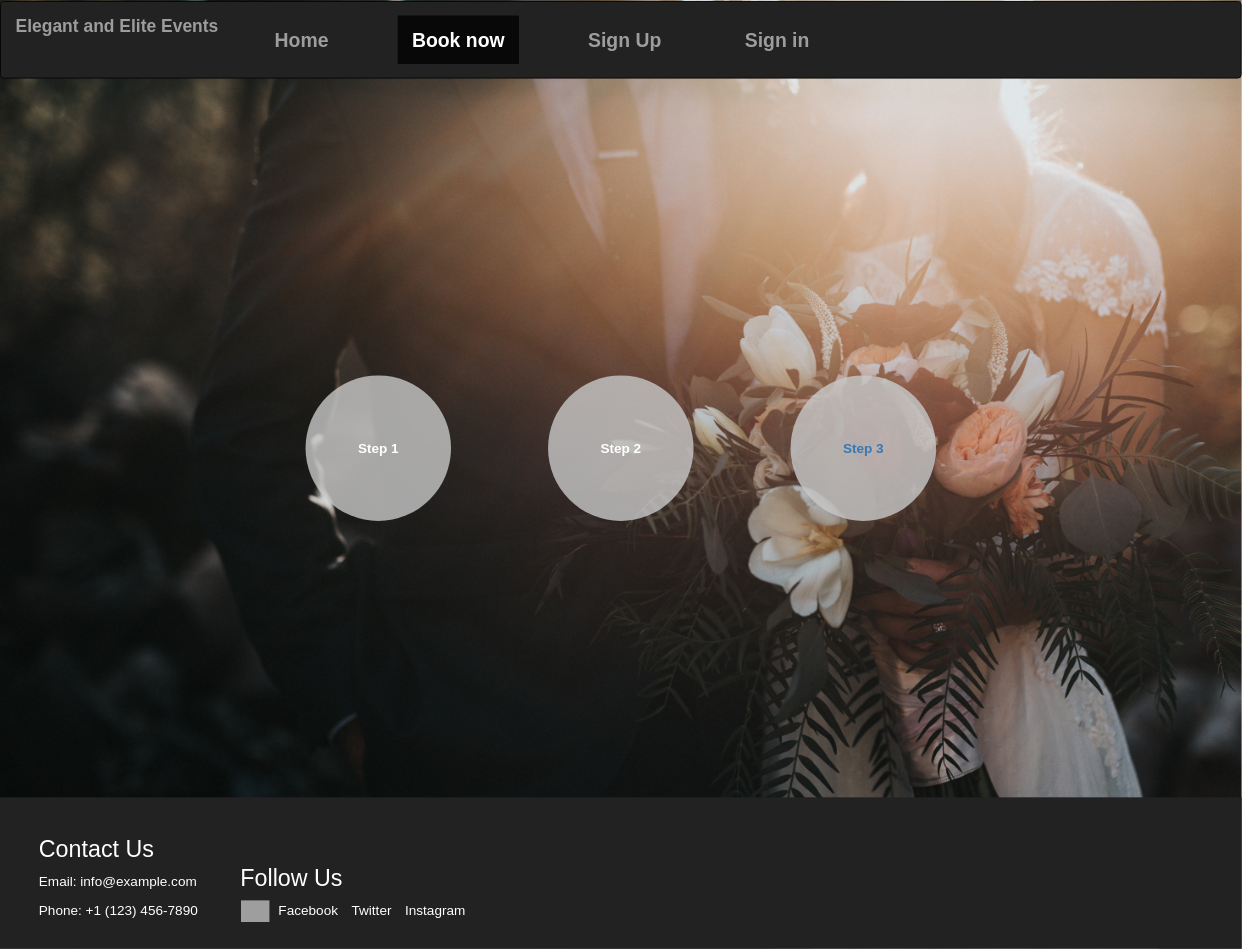
Repository: it22272690/Event-Planning-System
Page: http://localhost/PaymentDemo/Navigate.jsp
These files come from the project's save history. The page is drawn as it stood at one moment and after the next save; the edit follows.
The browser window is 1280 px wide. The pictures show the whole page, at 97% of full size.
Pictures or frames that could not be fetched are drawn as grey boxes. The page is served by Tomcat 10. Other server files are loaded and not shown.

Above is the page before, as saved 2023-10-24 06:18:21.

### PaymentDemo/src/main/webapp/Navigate.jsp
<%@ page language="java" contentType="text/html; charset=ISO-8859-1"
    pageEncoding="ISO-8859-1"%>
<!DOCTYPE html>

<html lang="en">
<head>
    <title>Event Planning System</title>
    <link rel="stylesheet" type="text/css" href="css\home.css">


    <title>Bootstrap Example</title>
    <meta charset="utf-8">
    <meta name="viewport" content="width=device-width, initial-scale=1">
    <link rel="stylesheet" href="https://maxcdn.bootstrapcdn.com/bootstrap/3.4.1/css/bootstrap.min.css">
    <script src="https://ajax.googleapis.com/ajax/libs/jquery/3.6.4/jquery.min.js"></script>
    <script src="https://maxcdn.bootstrapcdn.com/bootstrap/3.4.1/js/bootstrap.min.js"></script>
</head>
<body>
    <header>

        <nav class="navbar navbar-inverse">

            <div class="container-fluid">
                <div class="navbar-header">

                    <a class="navbar-brand" href="#"><b>Elegant and Elite Events</b></a>

                </div>
                <ul class="nav navbar-nav">

                    <li ><a href="Home.jsp">Home</a></li>
                    <li class="active"><a href="Navigate.jsp">Book now</a></liclass="active">
                    <li><a href="Signup.jsp">Sign Up</a></li>
                    <li><a href="Signin.jsp">Sign in</a></li>


                </ul>
            </div>
        </nav>

    </header>

    <style>

        body {
            font-family: Arial, sans-serif;
            background-color: #f0f0f0;
            text-align: center;
            background-image: url("images/navigate.jpg");
            background-size: cover
        }

        .navigation {
            display: flex;
            justify-content: center;
            align-items: center;
            height: 100vh;
        }

        .step {
            width: 150px;
            height: 150px;
            background-color: rgba(200, 200, 200, 0.8);
            border-radius: 50%;
            margin: 0 50px;
            display: flex;
            justify-content: center;
            align-items: center;
            color: #fff;
            font-weight: bold;
            cursor: pointer;
            transition: background-color 0.3s;
        }

            .step:hover {
                background-color: #DEB887;
            }

        .form {
            display: none;
        }

            .form.active {
                display: block;
            }
    </style>
    </head>
    <body>

        <div class="navigation">
            <div class="step" id="step1">Step 1</div>
            <div class="step" id="step2">Step 2</div>
    		<div class="step" id="step3"><a href="paymentInsert.jsp">Step 3</a></div>
        </div>

        <div class="form" id="form1">
            <!-- Step 1 content goes here -->
            <h2></h2>
        </div>

        <div class="form" id="form2">
            <!-- Step 2 content goes here -->
            <h2>Step 2 Form</h2>
        </div>

        <div class="form" id="form3">
            <!-- Step 3 content goes here -->
            <h2>Step 3 Form</h2>
        </div>



        <script>
            const steps = document.querySelectorAll('.step');
            const forms = document.querySelectorAll('.form');

            steps.forEach((step, index) => {
                step.addEventListener('click', () => {
                    // Hide all forms
                    forms.forEach(form => form.classList.remove('active'));

                    // Show the selected form
                    forms[index].classList.add('active');
                });
            });
        </script>
        <footer>
            <div class="contact">
                <h3>Contact Us</h3>
                <p>Email: info@example.com</p>
                <p>Phone: +1 (123) 456-7890</p>
            </div>
            <div class="social-media">

                <h3>Follow Us</h3>
                <img src="images\foot.jpg" alt="Chicago" style="width:5%;" style="height:5%;">
                <a href="#">Facebook</a>
                <a href="#">Twitter</a>
                <a href="#">Instagram</a>

            </div>
        </footer>
    </body>
</html>

### PaymentDemo/src/main/webapp/css/home.css

.button {
    display: inline-block;
    padding: 10px 20px;
    background-color: #D2691E;
    color: #fff;
    text-decoration: none;
    border-radius: 10px;
    margin-right: 10px;
}

body {
    font-family: 'Courier New';
    margin: 0;
    padding: 0;
    background-color: #FFE4B5;
    color: #fff;
}

header {
    display: flex;
    font-family: Arial;
    font-size: 20px;
    align-items: center;

    padding: 1px 0;
    justify-content: space-between; /* Center buttons horizontally */
}

    header img {
        width: 100px; /* Adjust the width as needed */
        height: auto; /* Preserve the aspect ratio */
        margin-left: 20px; /* Add some left margin to the logo */
    }

nav ul {
    list-style-type: none;
    padding: 0;
    text-align: center; /* Center buttons vertically */
}

    nav ul li {
        display: inline;
        float: right;
        display: block;
        color: white;
        padding: 14px 18px;
        text-decoration: none;
    }

        nav ul li a {
            color: #fff;
            text-decoration: none;
            font-weight: bold;
            margin: 0 10px; /* Add some horizontal spacing between the buttons */
        }

.services {
    display: flex;
    flex-wrap: wrap;
    justify-content: center;
    margin: 20px auto;
    max-width: 1200px;
    color: #8B4513; /* Set the text color to white for visibility */
}

.service {
    background-color: #fff;
    border: 1px solid #FF4500; /* Slightly darker border */
    border-radius: 5px;
    padding: 20px;
    margin: 10px;
    text-align: center;
    width: calc(33.33% - 20px);
}

footer {
    background-color: #222; /* Dark background for footer */
    padding: 20px;
    text-align: left;
}

.contact, .social-media {
    display: inline-block;
    margin: 0 20px;
    text-align: left;
    color: #fff;
}

    .social-media a {
        color: #fff;
        text-decoration: none;
        margin: 5px;
        text-align: left;
    }

/* Add this CSS to style the search bar */
.search-section {
    display: flex;
    align-items: center;
}

.search-bar {
    padding: 10px;
    border: 1px solid #ccc;
    border-radius: 5px;
    margin-right: 10px;
    width: 200px; /* Adjust the width as needed */
    outline: none; /* Remove the outline on focus */
}

    .search-bar::placeholder {
        color: #999; /* Placeholder text color */
    }

.search-button {
    background-color: #D2691E;
    color: #fff;
    padding: 10px 20px;
    border: none;
    border-radius: 5px;
    cursor: pointer;
    font-weight: bold;
}

### PaymentDemo/src/main/webapp/Header.jsp
<%@ page language="java" contentType="text/html; charset=ISO-8859-1"
    pageEncoding="ISO-8859-1"%>
<!DOCTYPE html>
<html>
<head>
 <title>Bootstrap Example</title>
        <meta charset="utf-8">
        <meta name="viewport" content="width=device-width, initial-scale=1">
        <link rel="stylesheet" href="https://maxcdn.bootstrapcdn.com/bootstrap/3.4.1/css/bootstrap.min.css">
        <script src="https://ajax.googleapis.com/ajax/libs/jquery/3.6.4/jquery.min.js"></script>
        <script src="https://maxcdn.bootstrapcdn.com/bootstrap/3.4.1/js/bootstrap.min.js"></script>
    </head>
    <body>

        <header>

            <nav class="navbar navbar-inverse">

                <div class="container-fluid">
                    <div class="navbar-header">

                        <a class="navbar-brand" href="#"><b style="font-size:30px;">Elegant and Elite Events</b></a>

                    </div>
                    <ul class="nav navbar-nav">

                        <li class="active"><a href="#">Home</a></li>
                        <li><a href="Navigate.jsp">Book now</a></li>
                        <li><a href="Signup.jsp">Sign Up</a></li>
                        <li><a href="Signin.jsp">Sign in</a></li>


                    </ul>
                </div>
            </nav>

        </header>
        </body>
        </html>

After the next save:
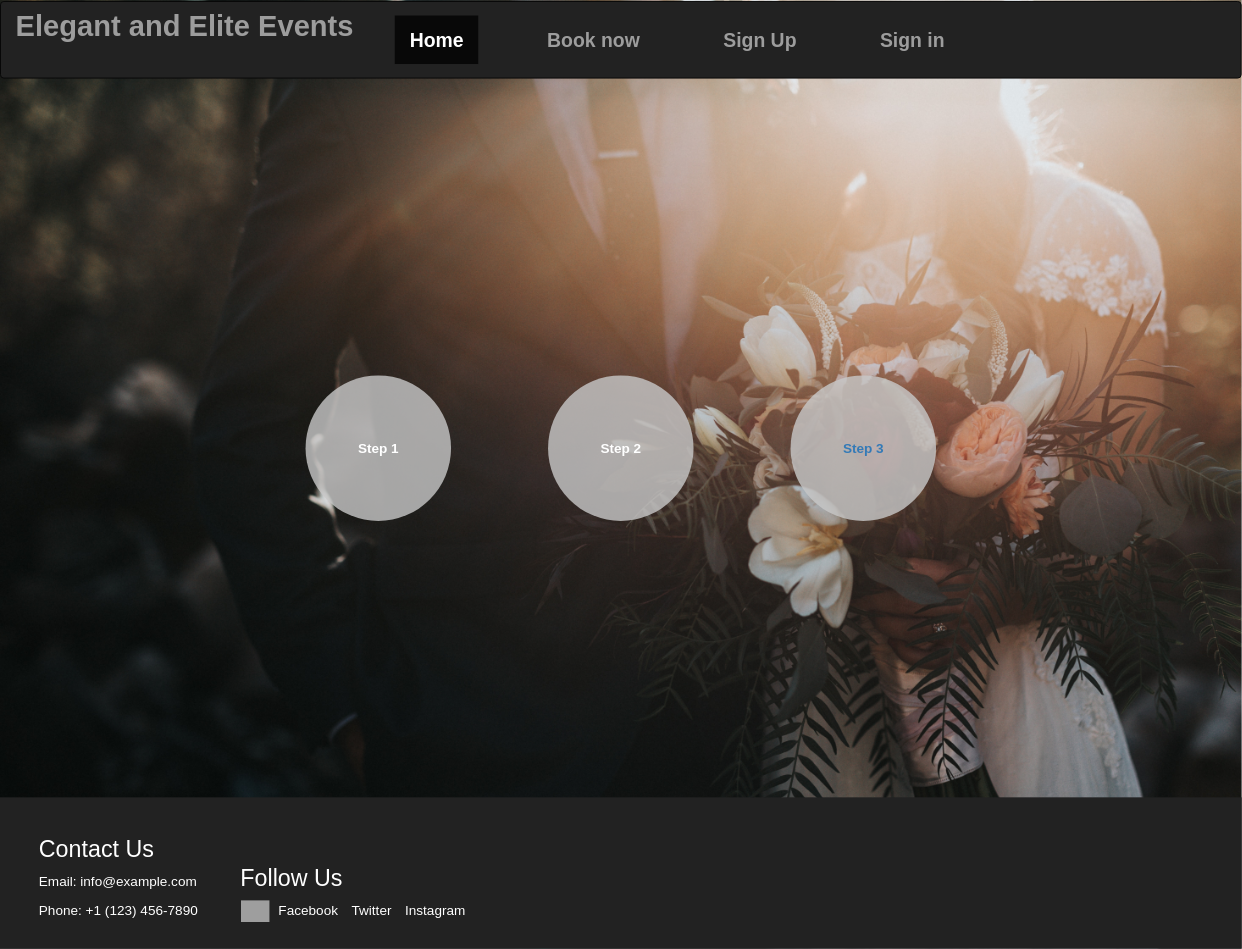
Saved 46 s later.
--- a/PaymentDemo/src/main/webapp/Navigate.jsp
+++ b/PaymentDemo/src/main/webapp/Navigate.jsp
@@ -8,38 +8,7 @@
     <link rel="stylesheet" type="text/css" href="css\home.css">
 
 
-    <title>Bootstrap Example</title>
-    <meta charset="utf-8">
-    <meta name="viewport" content="width=device-width, initial-scale=1">
-    <link rel="stylesheet" href="https://maxcdn.bootstrapcdn.com/bootstrap/3.4.1/css/bootstrap.min.css">
-    <script src="https://ajax.googleapis.com/ajax/libs/jquery/3.6.4/jquery.min.js"></script>
-    <script src="https://maxcdn.bootstrapcdn.com/bootstrap/3.4.1/js/bootstrap.min.js"></script>
-</head>
-<body>
-    <header>
-
-        <nav class="navbar navbar-inverse">
-
-            <div class="container-fluid">
-                <div class="navbar-header">
-
-                    <a class="navbar-brand" href="#"><b>Elegant and Elite Events</b></a>
-
-                </div>
-                <ul class="nav navbar-nav">
-
-                    <li ><a href="Home.jsp">Home</a></li>
-                    <li class="active"><a href="Navigate.jsp">Book now</a></liclass="active">
-                    <li><a href="Signup.jsp">Sign Up</a></li>
-                    <li><a href="Signin.jsp">Sign in</a></li>
-
-
-                </ul>
-            </div>
-        </nav>
-
-    </header>
-
+    <%@include file="Header.jsp" %>
     <style>
 
         body {
